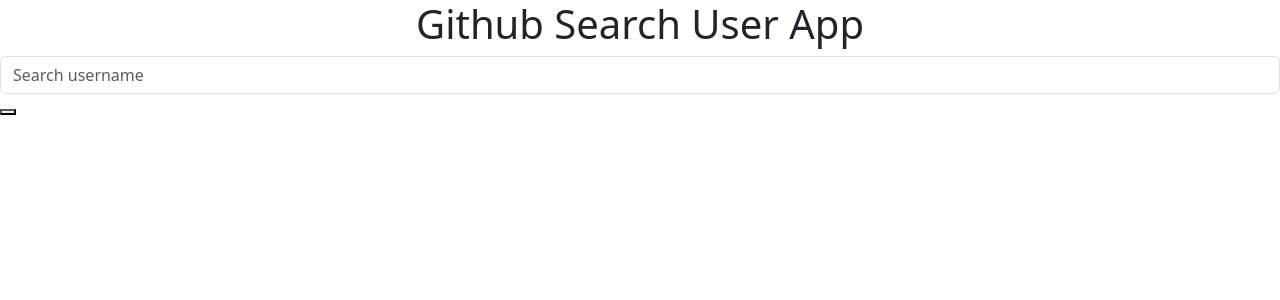
Repository: solox-cyber/Github-search-user
Page: index.html
These files come from the project's save history. The page is drawn as it stood at one moment and after a run of saves; the edit follows.
The browser window is 1280 px wide. The pictures show the whole page.

Above is the page before, as saved 2023-03-25 17:08:41.

### index.html
<!DOCTYPE html>
<html lang="en">
<head>
    <meta charset="UTF-8">
    <meta http-equiv="X-UA-Compatible" content="IE=edge">
    <meta name="viewport" content="width=device-width, initial-scale=1.0">
    <title>Github Search User Using Github API</title>
    <link href="https://cdn.jsdelivr.net/npm/bootstrap@5.3.0-alpha2/dist/css/bootstrap.min.css" rel="stylesheet" integrity="sha384-aFq/bzH65dt+w6FI2ooMVUpc+21e0SRygnTpmBvdBgSdnuTN7QbdgL+OapgHtvPp" crossorigin="anonymous">
</head>
<body>
   <div class="container">
    <h1 style="text-align: center;">
    Github Search User App
    </h1>
   </div>
  <form id="myForm" autocomplete="off" action="">
    <div class="form-group">
        <input type="text" name="" class="form-control" placeholder="Search username" id="">
    </div>
    <div class="form-group">
      <button class=""></button>
    </div>
  </form>
    <script src="https://cdn.jsdelivr.net/npm/bootstrap@5.3.0-alpha2/dist/js/bootstrap.bundle.min.js" integrity="sha384-qKXV1j0HvMUeCBQ+QVp7JcfGl760yU08IQ+GpUo5hlbpg51QRiuqHAJz8+BrxE/N" crossorigin="anonymous"></script>
</body>
</html>

After the next 3 saves:
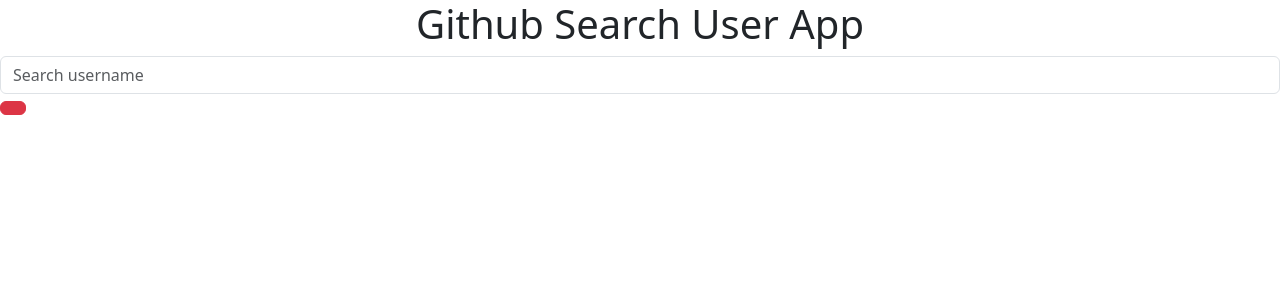
The 3 saves are shown as one change because they came seconds apart.
The last was saved 9 s later.
--- a/index.html
+++ b/index.html
@@ -18,7 +18,7 @@
         <input type="text" name="" class="form-control" placeholder="Search username" id="">
     </div>
     <div class="form-group">
-      <button class=""></button>
+      <button class="btn btn-danger btn-block"></button>
     </div>
   </form>
     <script src="https://cdn.jsdelivr.net/npm/bootstrap@5.3.0-alpha2/dist/js/bootstrap.bundle.min.js" integrity="sha384-qKXV1j0HvMUeCBQ+QVp7JcfGl760yU08IQ+GpUo5hlbpg51QRiuqHAJz8+BrxE/N" crossorigin="anonymous"></script>
